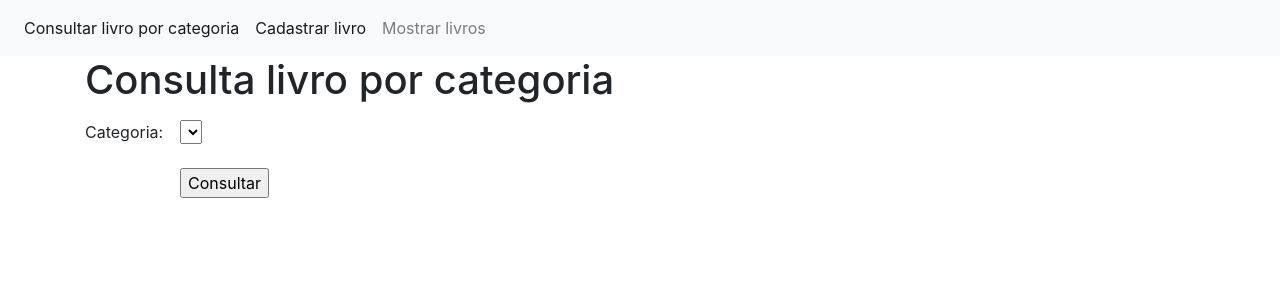
Repository: SrtaVerdant/projeto-livraria
Page: http://localhost/ProjetoLivraria/listaLivroPorCategoria.jsp
These files come from the project's save history. The page is drawn as it stood at one moment and after the next save; the edit follows.
The browser window is 1280 px wide. The pictures show the whole page.
Some web libraries are served in a nearby version. The page is served by Tomcat 9. Other server files are loaded and not shown. Queries for data that is not in the repository find no rows.

Above is the page before, as saved 2022-10-29 20:28:49.

### ProjetoLivraria/src/main/webapp/listaLivroPorCategoria.jsp
<%@page import="com.livraria.dao.CategoriaDao"%>
<%@page import="com.livraria.bean.Categoria"%>
<%@page import="java.util.List"%>
<%@ page language="java" contentType="text/html; charset=ISO-8859-1"
    pageEncoding="UTF-8"%>
<!DOCTYPE html>
<html>
	<head>
		<meta charset="UTF-8">
		<title>Editar livro</title>
		<link rel="stylesheet" href="https://cdn.jsdelivr.net/npm/bootstrap@4.0.0/dist/css/bootstrap.min.css" integrity="sha384-Gn5384xqQ1aoWXA+058RXPxPg6fy4IWvTNh0E263XmFcJlSAwiGgFAW/dAiS6JXm" crossorigin="anonymous">
		<script src="https://code.jquery.com/jquery-3.2.1.slim.min.js" integrity="sha384-KJ3o2DKtIkvYIK3UENzmM7KCkRr/rE9/Qpg6aAZGJwFDMVNA/GpGFF93hXpG5KkN" crossorigin="anonymous"></script>
		<script src="https://cdn.jsdelivr.net/npm/popper.js@1.12.9/dist/umd/popper.min.js" integrity="sha384-ApNbgh9B+Y1QKtv3Rn7W3mgPxhU9K/ScQsAP7hUibX39j7fakFPskvXusvfa0b4Q" crossorigin="anonymous"></script>
		<script src="https://cdn.jsdelivr.net/npm/bootstrap@4.0.0/dist/js/bootstrap.min.js" integrity="sha384-JZR6Spejh4U02d8jOt6vLEHfe/JQGiRRSQQxSfFWpi1MquVdAyjUar5+76PVCmYl" crossorigin="anonymous"></script>
	</head>
	<body>

		<%@page import="com.livraria.bean.*, com.livraria.dao.*" %>
		<%@ taglib uri="http://java.sun.com/jsp/jstl/core" prefix="c" %>

		<%

			List<Categoria> listcategoria = CategoriaDao.listarCategoria();
			request.setAttribute("listcategoria", listcategoria);

		%>

		<nav class="navbar navbar-expand-lg navbar-light bg-light">
	  <div class="collapse navbar-collapse" id="navbarNav">
	    <ul class="navbar-nav">
	   		<li class="nav-item active">
	        <a class="nav-link" href="consultaPorCategoria.jsp">Consultar livro por categoria <span class="sr-only">(current)</span></a>
	      </li>
	      <li class="nav-item active">
	        <a class="nav-link" href="#">Cadastrar livro <span class="sr-only">(current)</span></a>
	      </li>
	      <li class="nav-item">
	        <a class="nav-link" href="#">Mostrar livros</a>
	      </li>
	    </ul>
	  </div>
	</nav>

		<div class="container">
			<h1 class="mb-3">Consulta livro por categoria</h1>

			<form action="editar" method="POST">
				<div class="row mb-3">
					<div class="col-1">
						<label>Categoria:</label>
					</div>
					<div class="col-11">
						<select name="categoria">
							<c:forEach items="${listcategoria}" var="categoria">
								<option>${categoria.getNome()}</option>
							</c:forEach>
						</select>
					</div>
				</div>
				<div class="row mb-3">
					<div class="col-1">

					</div>
					<div class="col-11">
						<input type="submit" name="btn" value="Consultar"/>
					</div>
				</div>

			</form>
		</div>


	</body>

</html>

### ProjetoLivraria/src/main/java/com/livraria/dao/CategoriaDao.java
package com.livraria.dao;

import java.sql.Connection;
import java.sql.DriverManager;
import java.sql.PreparedStatement;
import java.sql.ResultSet;
import java.util.ArrayList;
import java.util.List;

import com.livraria.bean.Categoria;
import com.livraria.bean.Livro;

public class CategoriaDao {

	public static Connection getConnection() {
		Connection connection = null;

		try {
			Class.forName("com.mysql.cj.jdbc.Driver");
			connection = DriverManager.getConnection("jdbc:mysql://localhost/bdlivraria", "root", "root");
		}catch (Exception e) {
			System.out.println(e);
		}
		return connection;
	}

	public static List<Categoria> listarCategoria() {
		List<Categoria> listcategoria = new ArrayList<Categoria>();

		try {
			Connection connection = getConnection();
			PreparedStatement ps = connection.prepareStatement("SELECT * FROM tbcategorias");
			ResultSet rs = ps.executeQuery();

			while(rs.next()) {
				Categoria categoria = new Categoria();
				categoria.setNome(rs.getString("categoria"));
				listcategoria.add(categoria);
			}
		}catch (Exception e) {
			System.out.println(e);
		}

		return listcategoria;
	}

}

After the next save:
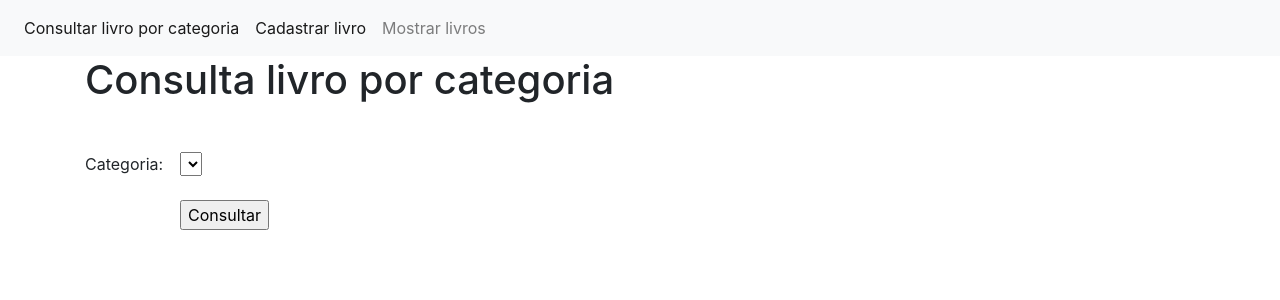
Saved 7 s later.
--- a/ProjetoLivraria/src/main/webapp/listaLivroPorCategoria.jsp
+++ b/ProjetoLivraria/src/main/webapp/listaLivroPorCategoria.jsp
@@ -42,7 +42,7 @@
 	</nav>
 
 		<div class="container">
-			<h1 class="mb-3">Consulta livro por categoria</h1>
+			<h1 class="mb-5">Consulta livro por categoria</h1>
 
 			<form action="editar" method="POST">
 				<div class="row mb-3">

After the save that followed:
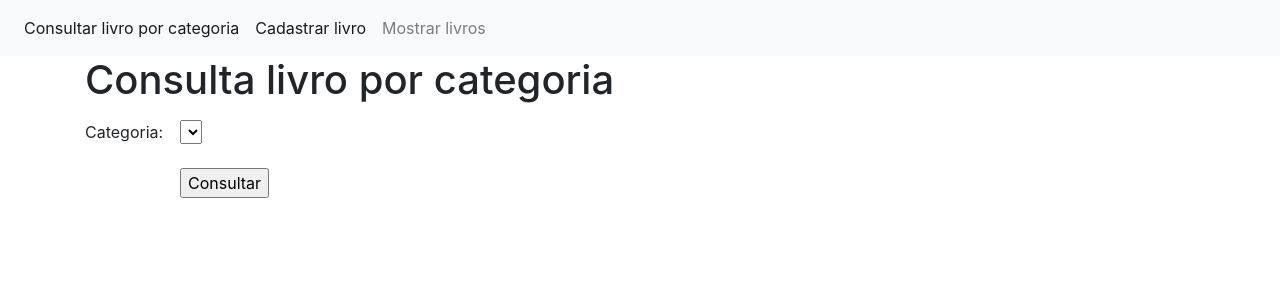
Saved 6 s later.
--- a/ProjetoLivraria/src/main/webapp/listaLivroPorCategoria.jsp
+++ b/ProjetoLivraria/src/main/webapp/listaLivroPorCategoria.jsp
@@ -42,7 +42,7 @@
 	</nav>
 
 		<div class="container">
-			<h1 class="mb-5">Consulta livro por categoria</h1>
+			<h1 class="mb-3">Consulta livro por categoria</h1>
 
 			<form action="editar" method="POST">
 				<div class="row mb-3">
